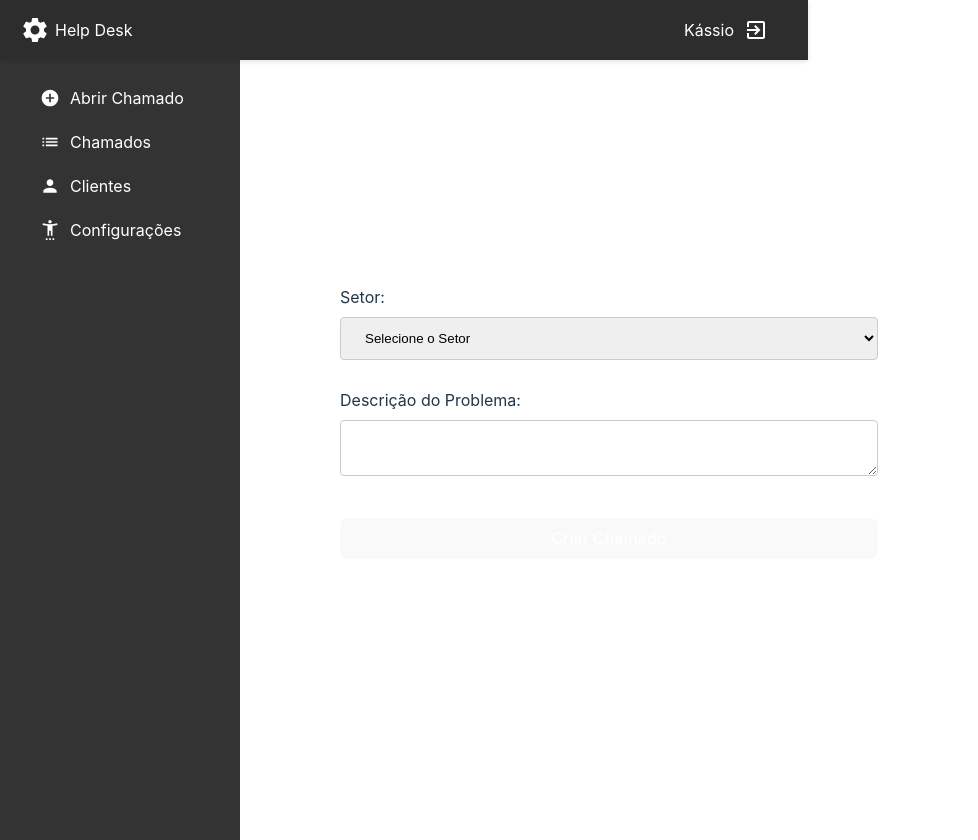
Repository: zkassimz/helpdesk
Page: /, after clicking the first element matching `li`
The author's editor kept a copy of each file at every save. The page is drawn from the files as they stood at one save, then again after the next save.
The browser window is 768 px wide. The page is 978 px wide, then 768 px, so the pictures cover 978 px, including what lies to the right of the window. The pictures show the whole page.
The project was rebuilt for these pictures with package versions that can differ from the ones it lists, and the page was loaded fresh each time. Also part of the build but not shown: vite.config.js, src/components/css/Chamados.css, src/components/Chamados.jsx, src/components/Clientes.jsx, src/components/Configuracoes.jsx.

Above is the page before, as saved 2024-05-06 17:16:31.

After the next save:
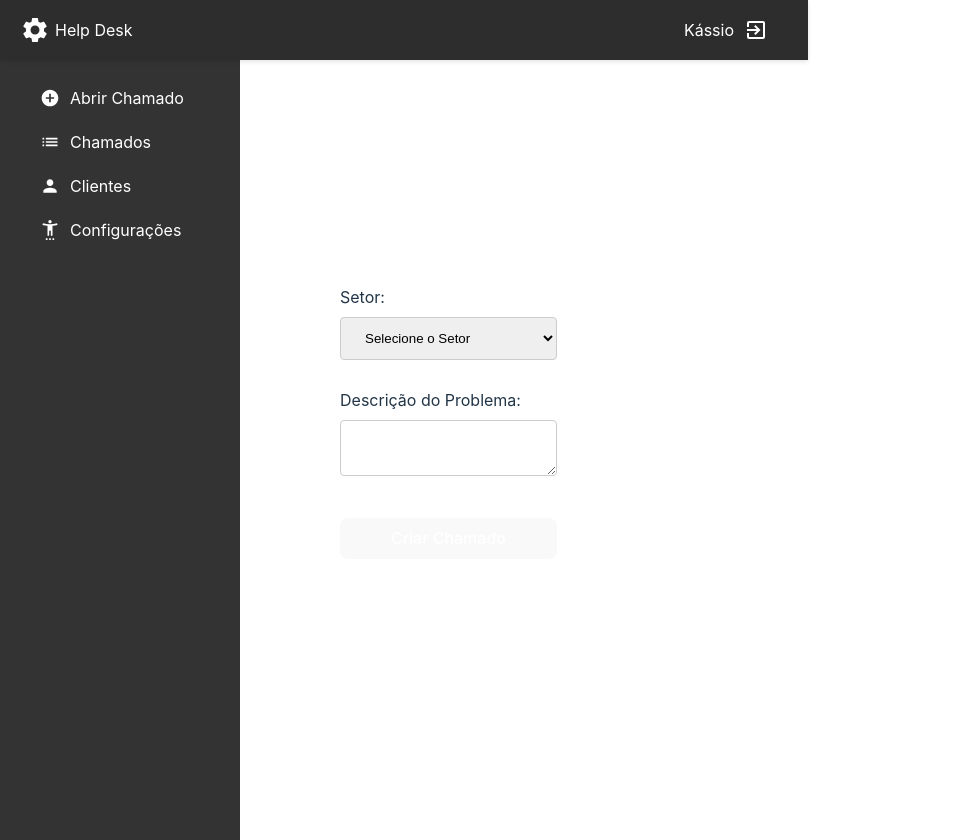
Saved 21 s later.
--- a/src/components/css/CreateTicketPage.css
+++ b/src/components/css/CreateTicketPage.css
@@ -89,7 +89,7 @@ button:hover {
 
 
 @media only screen and (max-width: 768px) {
-  .modal-content {
+  .ticket-form {
     width: 90%;
     margin: 10% auto;
   }
